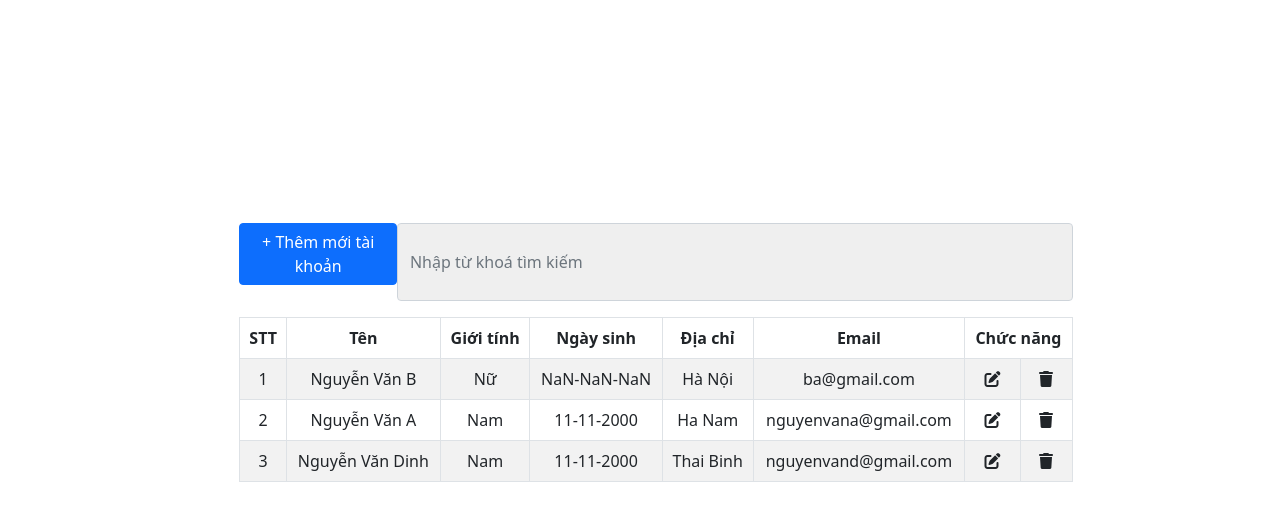
Repository: TinhTT336/MD02_Session12
Page: / (app in client/)
These files come from the project's save history. The page is drawn as it stood at one moment and after the next save; the edit follows.
The browser window is 1280 px wide. The pictures show the whole page.
The project was rebuilt for these pictures with package versions that can differ from the ones it lists, and the page was loaded fresh each time. Requests to the local data server were answered from the project's data file. Also part of the build but not shown: client/vite.config.js, client/src/components/admin/manager-product/FormAdd.jsx, client/src/components/admin/manager-product/FormEdit.jsx, client/src/pages/product/ListProduct.jsx, client/src/components/admin/manager-user/FormAddUser.jsx, client/src/components/admin/manager-user/FormEditUser.jsx.

Above is the page before, as saved 2023-09-12 09:40:43.

### client/index.html
<!DOCTYPE html>
<html lang="en">
  <head>
    <meta charset="UTF-8" />
    <link rel="icon" type="image/svg+xml" href="/vite.svg" />
    <meta name="viewport" content="width=device-width, initial-scale=1.0" />
    <title>Vite + React</title>
    <link
      href="https://cdn.jsdelivr.net/npm/bootstrap@5.0.2/dist/css/bootstrap.min.css"
      rel="stylesheet"
      integrity="sha384-EVSTQN3/azprG1Anm3QDgpJLIm9Nao0Yz1ztcQTwFspd3yD65VohhpuuCOmLASjC"
      crossorigin="anonymous"
    />
    <link
      rel="stylesheet"
      href="https://cdnjs.cloudflare.com/ajax/libs/font-awesome/6.4.2/css/all.min.css"
      integrity="sha512-z3gLpd7yknf1YoNbCzqRKc4qyor8gaKU1qmn+CShxbuBusANI9QpRohGBreCFkKxLhei6S9CQXFEbbKuqLg0DA=="
      crossorigin="anonymous"
      referrerpolicy="no-referrer"
    />
  </head>
  <body>
    <div id="root"></div>
    <script type="module" src="/src/main.jsx"></script>
  </body>
</html>

### client/src/App.jsx
import { useState } from 'react'
import reactLogo from './assets/react.svg'
import viteLogo from '/vite.svg'
import './App.css'
import ListProduct from './pages/product/ListProduct'
import ListUser from './pages/admin/ListUser'

function App() {
  const [count, setCount] = useState(0)

  return (
    <>
      {/* <ListProduct /> */}
      <ListUser />
    </>
  )
}

export default App

### client/src/pages/admin/ListUser.jsx
import React, { useEffect, useState } from 'react';
import axios from 'axios';// khong co dau ngoac nhon
import { notification } from 'antd';
import FormAddUser from '../../components/admin/manager-user/FormAddUser';
import FormEditUser from '../../components/admin/manager-user/FormEditUser';
import { formatDate } from '../../utils/formatData';

export default function ListUser() {
    const [users, setUsers] = useState([]);
    const [show, setShow] = useState(false);
    const [showEdit, setShowEdit] = useState(false);
    const [idEdit, setIdEdit] = useState(null);
    // goi API lấy tất cả thông tin
    const loadData = () => {
        axios.get("http://localhost:8000/users")
            .then(response => setUsers(response.data))
            .catch(error => console.log(error))
    }

    useEffect(() => {
        loadData();
    }, [])

    // ham xoa du lieu
    const handleDelete = (id) => {
        axios.delete(`http://localhost:8000/users/${id}`)
            .then(response => {
                if (response.status === 200) {
                    notification.success({
                        message: "Thành công!",
                        description: "Xoá tài khoản thành công"
                    });
                    loadData();
                }
            })
            .catch(error => console.log(error))
    }

    // ham hien form them moi
    const handleShow = () => {
        setShow(true);
    }

    // ham dong form them moi
    const handleClose = () => {
        setShow(false);
    }

    // ham hien form edit
    const handleShowEdit = (id) => {
        setShowEdit(true);
        setIdEdit(id);
    }

    // ham dong form edit
    const handleCloseEdit = () => {
        setShowEdit(false);
    }
    return (
        <>
            {/* Form them moi */}
            {show && <FormAddUser handleClose={handleClose} loadData={loadData} />}
            {/* Form edit */}
            {showEdit && <FormEditUser handleCloseEdit={handleCloseEdit} loadData={loadData} idEdit={idEdit} />}
            <div className='container d-flex align-items-center  flex-column m-3'>
                <div className='d-flex justify-content-between mb-3' style={{ width: "100%" }}>
                    <button onClick={handleShow} className='btn btn-primary mb-3'>+ Thêm mới tài khoản</button>
                    <input type="text" name="" id="" className="form-control" placeholder='Nhập từ khoá tìm kiếm' />
                </div>
                <table className='table table-striped table-hover table-bordered'>
                    <thead>
                        <tr>
                            <th style={{ textAlign: "center" }} scope='col'>STT</th>
                            <th style={{ textAlign: "center" }} scope='col'>Tên</th>
                            <th style={{ textAlign: "center" }} scope='col'>Giới tính</th>
                            <th style={{ textAlign: "center" }} scope='col'>Ngày sinh</th>
                            <th style={{ textAlign: "center" }} scope='col'>Địa chỉ</th>
                            <th style={{ textAlign: "center" }} scope='col'>Email</th>
                            <th style={{ textAlign: "center" }} scope='col' colSpan={2}>Chức năng</th>
                        </tr>
                    </thead>
                    <tbody>
                        {users.map((user, index) => (
                            <tr key={user.id}>
                                <td>{index + 1}</td>
                                <td>{user.user_name}</td>
                                <td>{user.gender === 0 ? "Nam" : (user.gender === 1 ? "Nữ" : "Khác")}</td>
                                <td>{formatDate(user.dateOfBirth)}</td>
                                <td>{user.address}</td>
                                <td>{user.email}</td>
                                <td onClick={() => handleShowEdit(user.id)}><i className="fa-solid fa-pen-to-square "></i></td>
                                <td onClick={() => handleDelete(user.id)}><i className="fa-solid fa-trash "></i></td>
                            </tr>
                        ))}
                    </tbody>
                </table>
            </div>
        </>
    )
}

### client/src/utils/formatData.js
/**
 * ham format tien te Viet Nam
 * @param {*} money chuoi tien te can format
 * @returns chuoi tien te da duoc format
 * Author: TinhTT (11/09/2023)
 */
export const formatMoney = (money) => {
  return money.toLocaleString("vi", { style: "currency", currency: "VND" });
};
/**
 * ham dinh dang chuoi thoi gian
 * @param {*} date chuoi thoi gian can dinh dang
 * @returns dinh dang thoi gian theo kieu ngay-thang-nam
 * Author: TinhTT(12/9/2023)
 */
export const formatDate = (date) => {
  // lay ra dinh dang thoi gian cua chuoi dua vao thoi gian thuc
  const today = new Date(date);
  // lay ra nam
  let year = today.getFullYear();
  // lay ra thang
  let month = today.getMonth() + 1;
  if (month > 0 && month < 10) {
    month = `0${month}`;
  }
  // lay ra ngay
  let day = today.getDate();
  // tra ra chuoi can dinh dang
  return `${day}-${month}-${year}`;
};
/**
 * Validate email
 * @param {*} email : chuỗi email cần kiểm tra
 * @returns true nếu đúng định dạng, false nếu sai định dạng
 * Author: NVQUY(12/09/2023)
 */
export const ValidateEmail = (email) => {
  return String(email)
    .toLowerCase()
    .match(
      /^(([^<>()[\]\\.,;:\s@"]+(\.[^<>()[\]\\.,;:\s@"]+)*)|.(".+"))@((\[[0-9]{1,3}\.[0-9]{1,3}\.[0-9]{1,3}\.[0-9]{1,3}\])|(([a-zA-Z\-0-9]+\.)+[a-zA-Z]{2,}))$/
    );
};

### client/src/components/admin/manager-product/product.css
.product-container {
  position: fixed;
  bottom: 0;
  top: 0;
  right: 0;
  left: 0;
  background: rgba(0, 0, 0, 0.6);
  display: flex;
  align-items: center;
  justify-content: center;
  min-height: 100vh;
}
.form-container {
  width: 400px;
  padding: 20px;
  background-color: #fff;
  border: 1px solid #3333;
  border-radius: 4px;
}
.form-control {
  background-color: #efefef;
}

### server/db.json
{
  "users": [
    {
      "email": "ba@gmail.com",
      "password": "$2a$10$dR3OnjgY62k9wRyVo5LbNeqOKyZL54t2fqGn3sQJJPeKdv6eA7BPC",
      "user_name": "Nguyễn Văn B",
      "gender": 1,
      "address": "Hà Nội ",
      "dateOfBirth": "20/01/2004",
      "id": 1
    },
    {
      "email": "nguyenvana@gmail.com",
      "password": "$2a$10$19Cnt/n/J/yqyoAFKDjy4.HmmO9ZH/8PjB0.suBV3eBKrZBomKi1O",
      "user_name": "Nguyễn Văn A",
      "gender": 0,
      "dateOfBirth": "11/11/2000",
      "address": "Ha Nam",
      "id": 2
    },
    {
      "email": "nguyenvand@gmail.com",
      "password": "$2a$10$Tz6cvrc/vgRS4QnEr.4qZ.fK3iOzyYLpUpImKREPYkv/5n3Y6PAG2",
      "user_name": "Nguyễn Văn Dinh",
      "gender": 0,
      "dateOfBirth": "11/11/2000",
      "address": "Thai Binh",
      "id": 3
    }
  ],
  "products": [
    {
      "id": 1,
      "product_name": "Cam sanh",
      "price": 20000,
      "from": "mien Tay"
    },
    {
      "id": 2,
      "product_name": "Cam vàng",
      "price": 40000,
      "from": "mien Tay"
    },
    {
      "product_name": "Chôm chôm",
      "price": 35000,
      "from": "Miền Nam",
      "id": 5
    },
    {
      "product_name": "Ổi hồng",
      "price": 40000,
      "from": "Miền Nam",
      "id": 6
    },
    {
      "product_name": "Bưởi da xanh",
      "price": 56000,
      "from": "Miền Nam",
      "id": 7
    }
  ]
}

Loaded but not shown: client/src/main.jsx (common file); client/src/index.css (common file); client/src/App.css (common file)

After the next save:
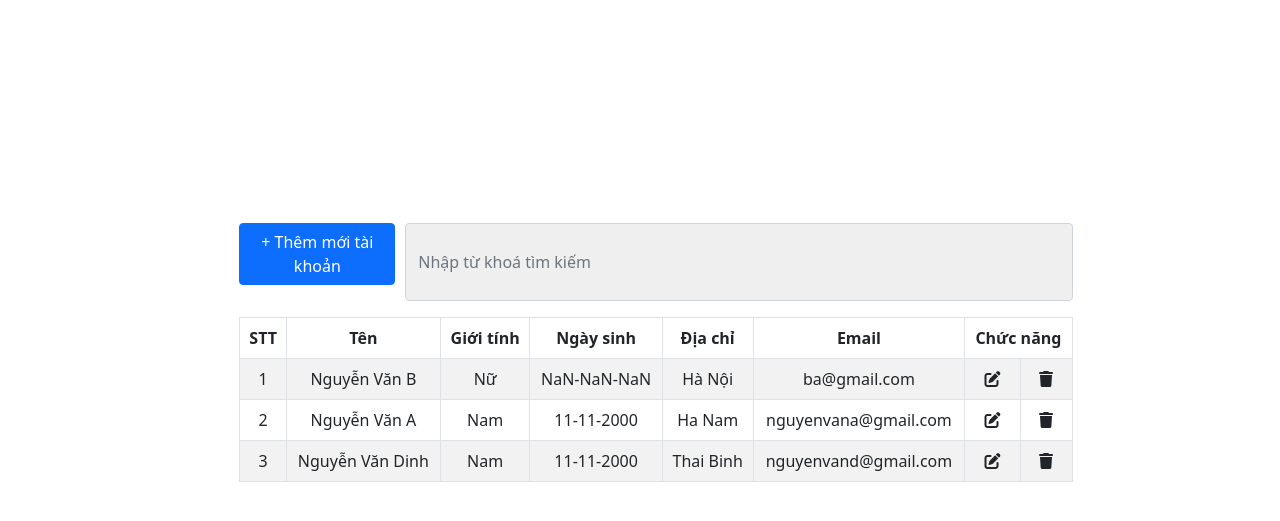
Saved 11 s later.
--- a/client/src/pages/admin/ListUser.jsx
+++ b/client/src/pages/admin/ListUser.jsx
@@ -63,7 +63,7 @@ export default function ListUser() {
             {/* Form edit */}
             {showEdit && <FormEditUser handleCloseEdit={handleCloseEdit} loadData={loadData} idEdit={idEdit} />}
             <div className='container d-flex align-items-center  flex-column m-3'>
-                <div className='d-flex justify-content-between mb-3' style={{ width: "100%" }}>
+                <div className='d-flex justify-content-between mb-3' style={{ width: "100%", gap: "10px" }}>
                     <button onClick={handleShow} className='btn btn-primary mb-3'>+ Thêm mới tài khoản</button>
                     <input type="text" name="" id="" className="form-control" placeholder='Nhập từ khoá tìm kiếm' />
                 </div>
